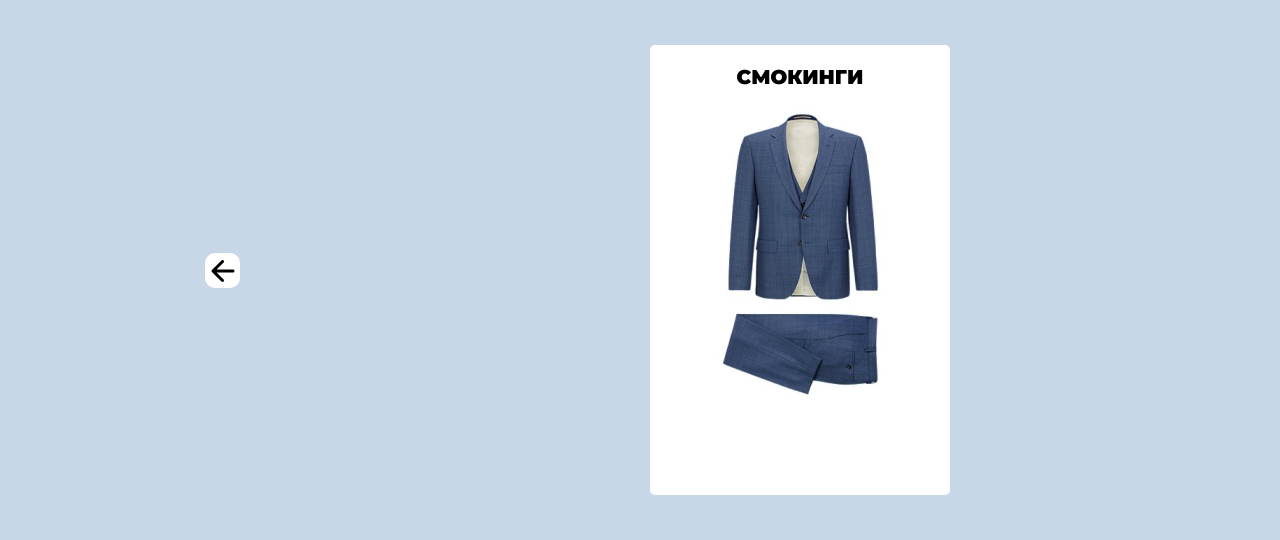
Repository: MaksimKrupkin/SigmaEllegance
Page: /
These files come from the project's save history. The page is drawn as it stood at one moment and after the next save; the edit follows.
The browser window is 1280 px wide. The pictures show the part of the page from y = 720 to 1260 px (the page is 1260 px tall).
Some web fonts or font styles are not loaded; a fallback is used. The project was rebuilt for these pictures with package versions that can differ from the ones it lists, and the page was loaded fresh each time.

Above is the page before, as saved 2023-11-22 20:05:33.

### public/index.html
<!DOCTYPE html>
<html lang="en">
  <head>
    <meta charset="utf-8" />

    <meta name="viewport" content="width=device-width, initial-scale=1" />

    <link rel="preconnect" href="https://fonts.googleapis.com" />
    <link rel="preconnect" href="https://fonts.gstatic.com" crossorigin />
    <link
      href="https://fonts.googleapis.com/css2?family=Roboto:wght@400;500;700&display=swap"
      rel="stylesheet" />
    <link
      href="https://fonts.googleapis.com/css2?family=Montserrat:ital,wght@0,300;0,500;0,600;0,900;1,400;1,500&family=Roboto:wght@400;500;700&display=swap"
      rel="stylesheet" />
    <link rel="preconnect" href="https://fonts.googleapis.com" />
    <link rel="preconnect" href="https://fonts.gstatic.com" crossorigin />
    <link
      href="https://fonts.googleapis.com/css2?family=Montserrat:wght@300&family=Roboto:wght@400;500;700&display=swap"
      rel="stylesheet" />
    <link href="https://fonts.cdnfonts.com/css/montserrat" rel="stylesheet" />
    <title>SigmaEllegance</title>
  </head>
  <body>
    <div id="root"></div>
  </body>
</html>

### src/App.js
import Header from './Components/Header/Header';
import HomePage from './Pages/HomePage';
import styles from './App.module.css';

function App() {
  return (
    <body>
      <div className={styles.container}>
        <Header />
        <HomePage />
      </div>
    </body>
  );
}

export default App;

### src/Components/Header/Header.jsx
import React from 'react';
import styles from './Header.module.css';
import logo from '../../assets/img/logo.svg';
import icon1 from '../../assets/img/Icon1.svg';
import icon2 from '../../assets/img/icon2.svg';
import icon3 from '../../assets/img/icon3.svg';
import icon4 from '../../assets/img/icon4.svg';

function Header() {
  return (
    <header className={styles.header}>
      <div className={styles.left_part}>
        <div className={styles.menu}>
          <img className={styles.icon1} src={icon1} alt="" />
          <p>Меню</p>
        </div>
        <div className={styles.search}>
          <img className={styles.icon2} src={icon2} alt="" />
          <p>Поиск</p>
        </div>
      </div>
      <div className={styles.logo_part}>
        <img className={styles.logo} src={logo} alt="" />
        <p>SigmaEllegance</p>
      </div>
      <div className={styles.right_part}>
        <div className={styles.liked}>
          <p>Желаемое</p>
          <img className={styles.icon3} src={icon3} alt="" />
        </div>
        <div className={styles.purchases}>
          <p>Мой SE</p>
          <img className={styles.icon4} src={icon4} alt="" />
        </div>
      </div>
    </header>
  );
}

export default Header;

### src/Pages/HomePage.jsx
import React from 'react';
import styles from './HomePage.module.css';
import mainScreenImage from '../assets/img/background.png';
import Slider from '../Components/Slider/Slider';

function HomePage() {
  return (
    <>
      <div className={styles.mainScreen}>
        <div className={styles.textBlock}>
          <div className={styles.title}>Мужская классика</div>
          <div className={styles.text}>
            Наши фирменные костюмы — это то, чем мы известны. Откройте для себя классические формы и
            оттенки, подходящие для вашего образа жизни.
          </div>
          <button className={styles.mainScreen_button}>Смотреть коллекцию</button>
        </div>
      </div>
      <Slider />
    </>
  );
}

export default HomePage;

### src/App.module.css
body {
  font-family: 'Montserrat', sans-serif;
  display: block;
  margin: 0 auto;
  padding: 0;
  width: 100%;
  overflow-x: hidden;
}
.container {
  width: 1600px;
  display: block;
  margin: 0 auto;
  position: relative;
}

*,
*::before,
*::after {
  box-sizing: border-box;
}

/* Links */

a,
a:link,
a:visited {
  text-decoration: none;
}

a:hover {
  text-decoration: none;
}

/* Common */

aside,
nav,
footer,
header,
section,
main {
  display: block;
}

h1,
h2,
h3,
h4,
h5,
h6,
p {
  font-size: inherit;
  font-weight: inherit;
}

ul,
ul li {
  list-style: none;
}

img {
  vertical-align: top;
}

img,
svg {
  max-width: 100%;
  height: auto;
}

address {
  font-style: normal;
}

/* Form */

input,
textarea,
button,
select {
  font-family: inherit;
  font-size: inherit;
  color: inherit;
  background-color: transparent;
}

input::-ms-clear {
  display: none;
}

button,
input[type='submit'] {
  display: inline-block;
  box-shadow: none;
  background-color: transparent;
  background: none;
  cursor: pointer;
}

input:focus,
input:active,
button:focus,
button:active {
  outline: none;
}

button::-moz-focus-inner {
  padding: 0;
  border: 0;
}

label {
  cursor: pointer;
}

legend {
  display: block;
}

### src/Components/Header/Header.module.css
.header {
  font-family: 'Montserrat', sans-serif;
  margin: 0 auto;
  width: 100%;
  height: 10vh;
  display: flex;
  justify-content: space-around;
  align-items: center;
}

.left_part {
  display: flex;
  justify-content: space-between;
  align-items: center;
  gap: 25px;
  color: #000;
  margin-bottom: -2px;

  font-family: Montserrat;
  font-size: 17px;
  font-style: normal;
  font-weight: 400;
  line-height: normal;
}
.menu {
  display: flex;
  justify-content: space-between;
  align-items: center;
  gap: 8px;
}
.icon1 {
  width: 22px;
  height: 22px;
  margin-bottom: 1px;
}
.search {
  display: flex;
  justify-content: space-between;
  align-items: center;
  gap: 8px;
}
.icon2 {
  width: 18px;
  height: 18px;
  margin-bottom: 3px;
}

.logo_part {
  margin-bottom: 3px;
  display: flex;
  justify-content: space-between;
  align-items: center;

  color: #000;

  font-family: Montserrat;
  font-size: 25px;
  font-style: normal;
  font-weight: 400;
  line-height: normal;
}

.logo {
  width: 67.375px;
  height: 69.103px;
  flex-shrink: 0;
  margin-right: -10px;
}
.right_part {
  margin-bottom: -2px;
  display: flex;
  justify-content: space-between;
  align-items: center;
  gap: 23px;
  font-family: Montserrat;
  font-size: 17px;
  font-style: normal;
  font-weight: 400;
  line-height: normal;
}

.liked {
  display: flex;
  justify-content: space-between;
  align-items: center;
  gap: 8px;
}
.icon3 {
  width: 22px;
  height: 22px;
  margin-bottom: 3px;
}

.purchases {
  display: flex;
  justify-content: space-between;
  align-items: center;
  gap: 8px;
}

.icon4 {
  width: 19px;
  height: 19px;
  margin-bottom: 3px;
}

### src/Pages/HomePage.module.css
.mainScreen {
  border: none;
  margin: 0 0;
  padding: 0 0;
  width: 100%;
  height: 90vh;
  background-image: url(../assets/img/background.png);
  background-repeat: no-repeat;
  position: relative;
}
.mainScreen__image {
  width: 100%;
  height: 90vh;
}
.textBlock {
  position: absolute;
  top: 200px;
  left: 130px;
}
.title {
  color: #fff;
  font-family: Montserrat;
  font-size: 53px;
  font-style: normal;
  font-weight: 900;
  line-height: normal;
  text-transform: uppercase;
}

.text {
  margin-top: 50px;
  width: 550px;
  color: #fff;
  font-family: Montserrat;
  font-size: 25px;
  font-style: normal;
  font-weight: 400;
  line-height: 135%; /* 33.75px */
}
.mainScreen_button {
  display: flex;
  justify-content: center;
  align-items: center;
  margin-top: 60px;
  font-size: 20px;
  height: 40px;
  padding-left: 10px;
  padding-right: 10px;
  color: white;
  border: 3px solid white;
  border-radius: 5px;
  transition: all 0.1s ease-in;
}
.mainScreen_button:hover {
  scale: 1.02;
}

### src/Components/Slider/Slider.jsx
import React from 'react';
import styles from './Slider.module.css';
import leftArrow from '../../assets/img/Left Arrow.svg';
import rightArrow from '../../assets/img/Right Arrow.svg';
import SliderCard from '../SliderCard/SliderCard';

export default function Slider() {
  return (
    <div className={styles.slider_wrapper}>
      <img className={styles.leftArrow} src={leftArrow} alt="" />

      <div className={styles.slider}>
        <SliderCard />
      </div>
      <img className={styles.rightArrow} src={rightArrow} alt="" />
    </div>
  );
}

### src/Components/Slider/Slider.module.css
.slider_wrapper {
  width: 100%;
  height: 540px;
  background-color: #c8d7e8;
  display: flex;
  justify-content: space-around;
  align-items: center;
}
.leftArrow {
  display: block;
  width: 35px;
  height: 35px;
}

.rightArrow {
  display: block;
  width: 35px;
  height: 35px;
}

### src/Components/SliderCard/SliderCard.jsx
import React from 'react';
import styles from './SliderCard.module.css';
import cardImage from '../../assets/img/card1.png';

export default function SliderCard() {
  return (
    <div className={styles.card}>
      <p className={styles.card_title}>Смокинги</p>
      <img className={styles.card_image} src={cardImage} alt="" />
    </div>
  );
}

### src/Components/SliderCard/SliderCard.module.css
.card {
  width: 300px;
  height: 450px;
  background-color: white;
  border-radius: 5px;
  display: flex;
  flex-direction: column;
  align-items: center;
}
.card_title {
  color: #000;
  font-family: Montserrat;
  font-size: 20px;
  font-style: normal;
  font-weight: 700;
  line-height: normal;
  text-transform: uppercase;
}

Loaded but not shown: src/index.js (common file)

After the next save:
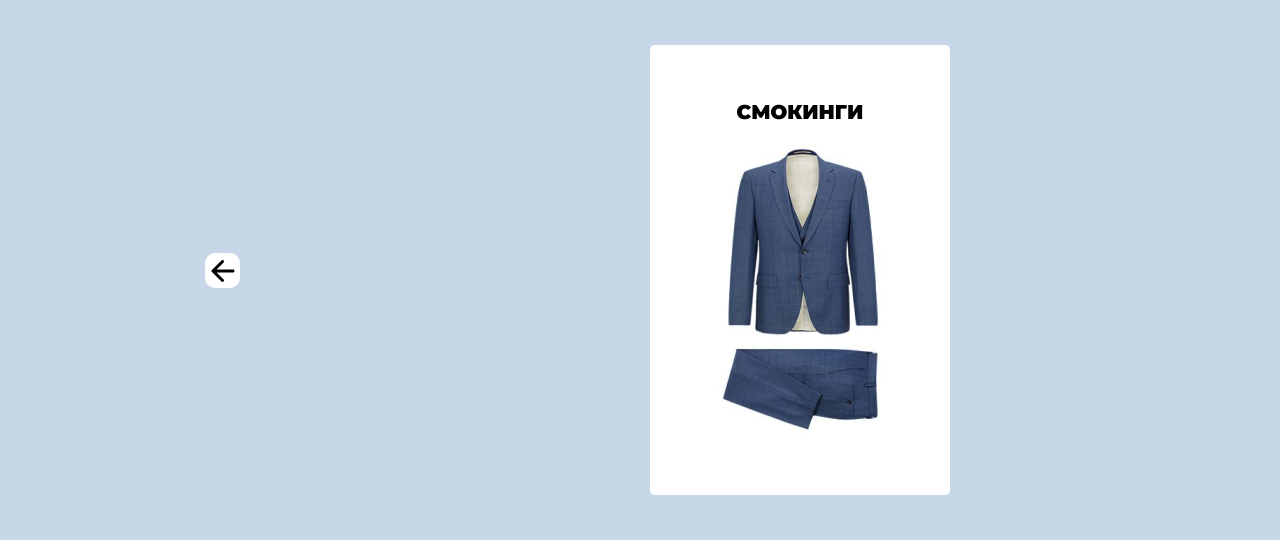
Saved 22 s later.
--- a/src/Components/SliderCard/SliderCard.module.css
+++ b/src/Components/SliderCard/SliderCard.module.css
@@ -6,6 +6,8 @@
   display: flex;
   flex-direction: column;
   align-items: center;
+  padding-top: 35px;
+  padding-bottom: 55px;
 }
 .card_title {
   color: #000;
